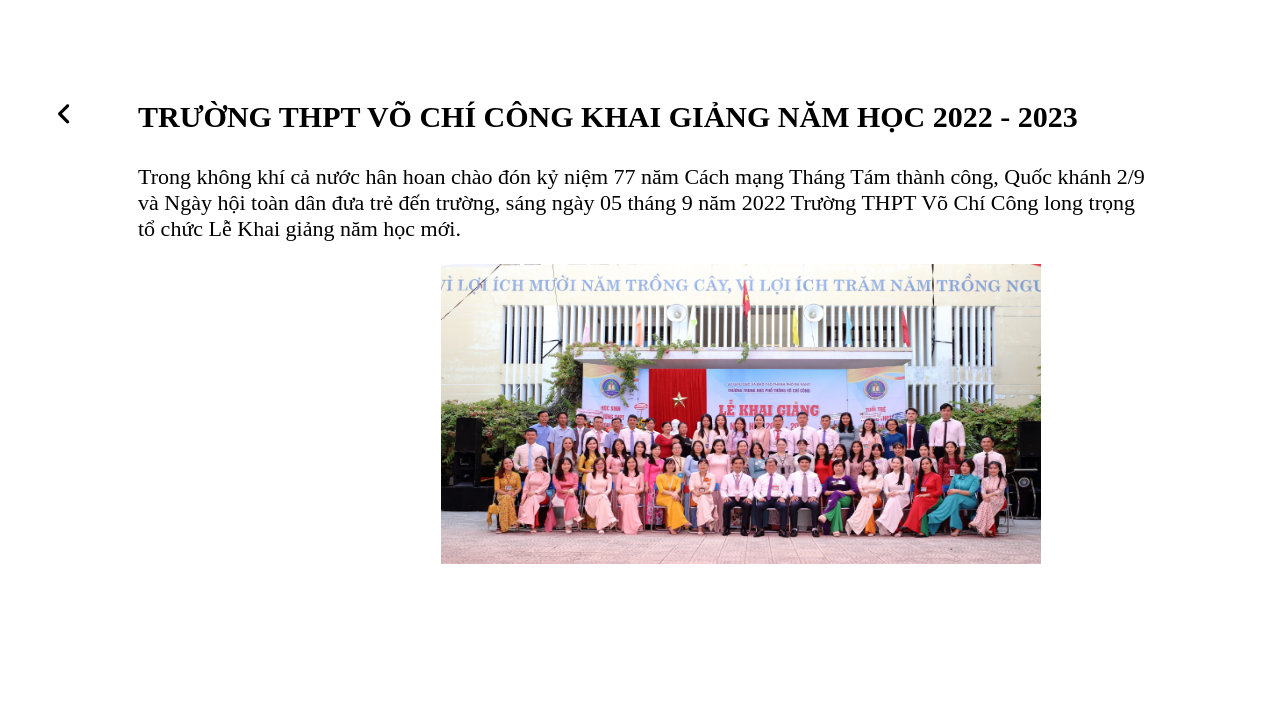
Repository: dphasst17/THPTVCC
Page: new/new_content/new_content2.html
These files come from the project's save history. The page is drawn as it stood at one moment and after the next save; the edit follows.
The browser window is 1280 px wide. The pictures show the whole page.

Above is the page before, as saved 2022-10-13 11:11:29.

After the next save:
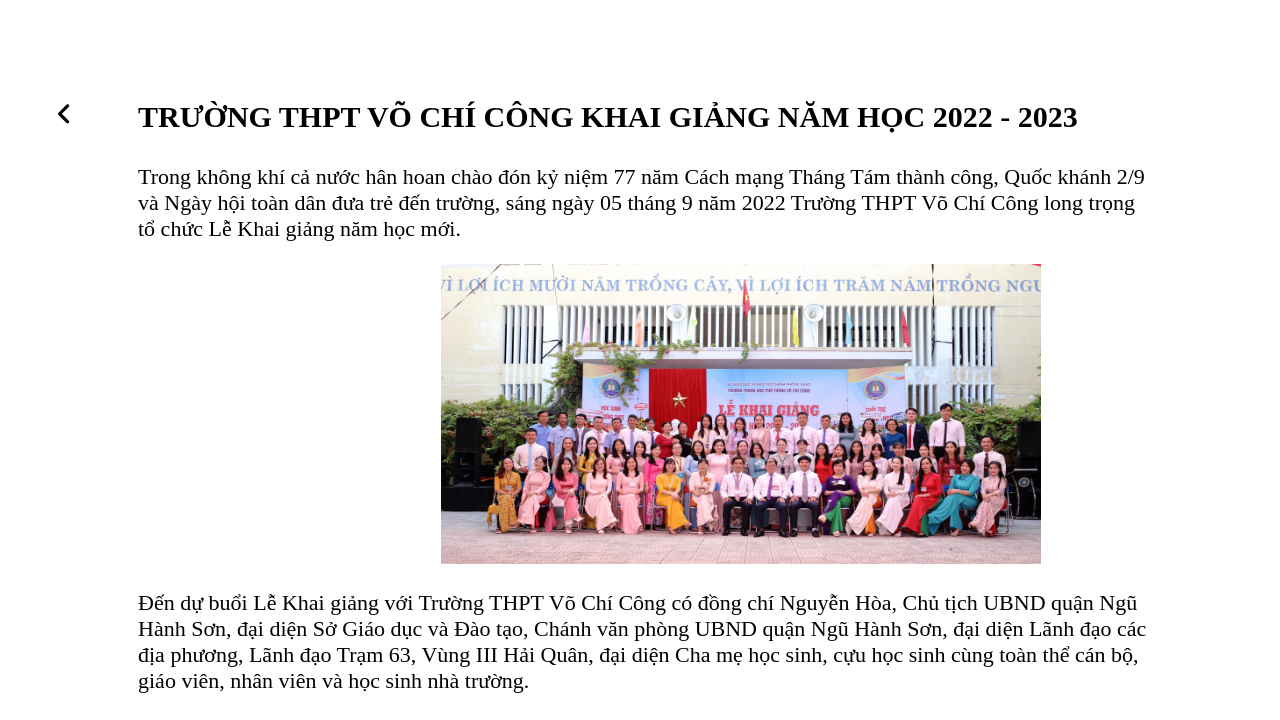
Saved 25 s later.
--- a/new/new_content/new_content2.html
+++ b/new/new_content/new_content2.html
@@ -39,9 +39,12 @@
     </div>
     <div class="content">
         <h3>TRƯỜNG THPT VÕ CHÍ CÔNG KHAI GIẢNG NĂM HỌC 2022 - 2023</h3>
-        <p>Trong không khí cả nước hân hoan chào đón kỷ niệm 77 năm Cách mạng Tháng Tám thành công, Quốc khánh 2/9 và Ngày hội toàn dân đưa trẻ đến trường, sáng ngày 05 tháng 9 năm 2022 Trường THPT Võ Chí Công long trọng tổ chức Lễ Khai giảng năm học mới.</p>
+        <p>Trong không khí cả nước hân hoan chào đón kỷ niệm 77 năm Cách mạng Tháng Tám thành công, Quốc khánh 2/9 và Ngày hội toàn dân đưa trẻ đến trường,
+            sáng ngày 05 tháng 9 năm 2022 Trường THPT Võ Chí Công long trọng tổ chức Lễ Khai giảng năm học mới.</p>
         <img src="../new_img/2.jpg" alt="">
-        <p></p>
+        <p>Đến dự buổi Lễ Khai giảng với Trường THPT Võ Chí Công có đồng chí Nguyễn Hòa, Chủ tịch UBND quận Ngũ Hành Sơn, đại diện Sở Giáo dục và Đào tạo, Chánh văn phòng UBND quận Ngũ Hành Sơn, đại diện Lãnh đạo các địa phương, Lãnh đạo Trạm 63, Vùng III Hải Quân, đại diện Cha mẹ học sinh, cựu học sinh cùng toàn thể cán bộ, giáo viên, nhân viên và học sinh nhà trường.
+            <br>
+        </p>
     </div>
 </body>
 </html>
